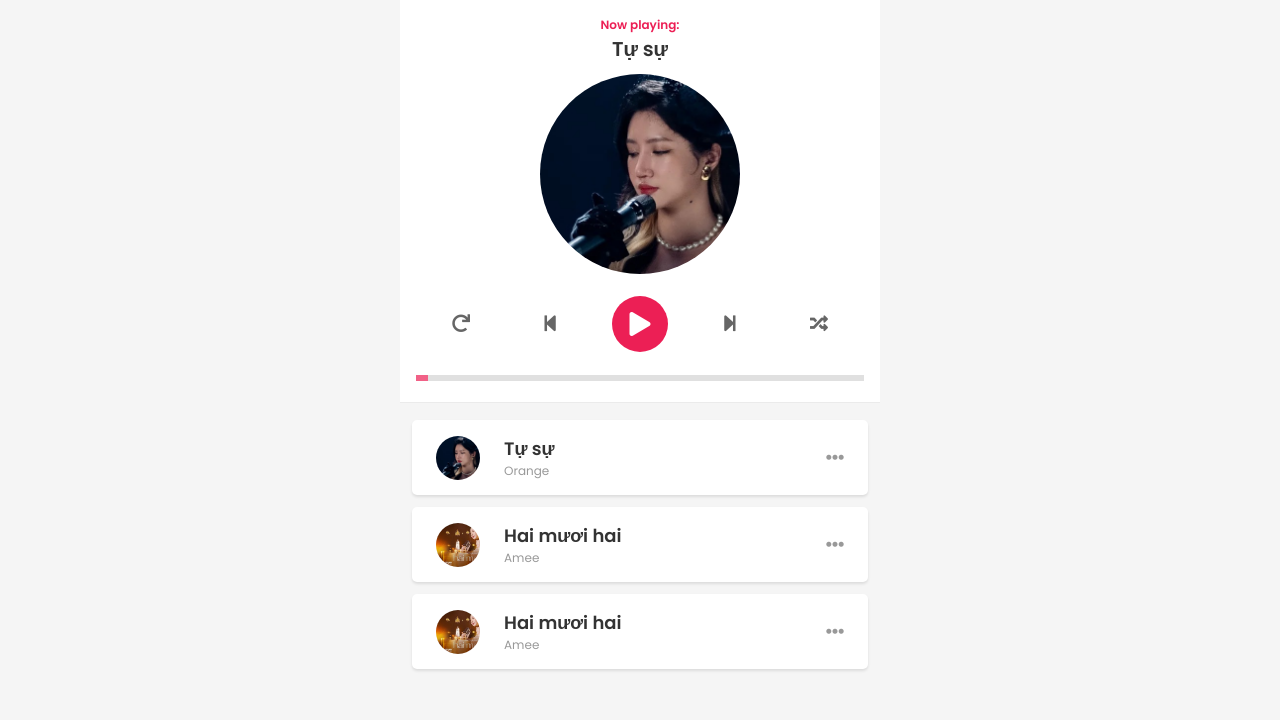
Repository: tannv3201/learn_JS_F8
Page: Example/Music player/index.html
An editor plug-in stored every save of this project. The page is shown before and after the next save, followed by the edit.
The browser window is 1280 px wide. The pictures show the whole page.

Above is the page before, as saved 2022-08-17 13:10:24.

### Example/Music player/index.html
<!DOCTYPE html>
<html lang="en">

<head>
    <meta charset="UTF-8">
    <meta http-equiv="X-UA-Compatible" content="IE=edge">
    <meta name="viewport" content="width=device-width, initial-scale=1.0">
    <title>Music player</title>
    <link rel="stylesheet" href="https://cdnjs.cloudflare.com/ajax/libs/font-awesome/5.15.2/css/all.min.css"
        integrity="sha512-HK5fgLBL+xu6dm/Ii3z4xhlSUyZgTT9tuc/hSrtw6uzJOvgRr2a9jyxxT1ely+B+xFAmJKVSTbpM/CuL7qxO8w=="
        crossorigin="anonymous" />
    <link rel="preconnect" href="https://fonts.gstatic.com">
    <link href="https://fonts.googleapis.com/css2?family=Poppins:wght@300;400;600&display=swap" rel="stylesheet">
    <link rel="stylesheet" href="./style.css">
</head>

<body>

    <div class="player">
        <!-- Dashboard -->
        <div class="dashboard">
            <!-- Header -->
            <header>
                <h4>Now playing:</h4>
                <h2>Tự sự</h2>
            </header>

            <!-- CD -->
            <div class="cd">
                <div class="cd-thumb" style="background-image: url('./assets/imgs/tusu.jpg')">
                </div>
            </div>

            <!-- Control -->
            <div class="control">
                <div class="btn btn-repeat">
                    <i class="fas fa-redo"></i>
                </div>
                <div class="btn btn-prev">
                    <i class="fas fa-step-backward"></i>
                </div>
                <div class="btn btn-toggle-play">
                    <i class="fas fa-pause icon-pause"></i>
                    <i class="fas fa-play icon-play"></i>
                </div>
                <div class="btn btn-next">
                    <i class="fas fa-step-forward"></i>
                </div>
                <div class="btn btn-random">
                    <i class="fas fa-random"></i>
                </div>
            </div>

            <input id="progress" class="progress" type="range" value="0" step="1" min="0" max="100">

            <audio id="audio" src=""></audio>
        </div>

        <!-- Playlist -->
        <div class="playlist">
            <!-- <div class="song">
                <div class="thumb" style="background-image: url('./assets/imgs/tusu.jpg')">
                </div>
                <div class="body">
                    <h3 class="title">Tự sự</h3>
                    <p class="author">Orange</p>
                </div>
                <div class="option">
                    <i class="fas fa-ellipsis-h"></i>
                </div>
            </div>
            <div class="song">
                <div class="thumb" style="background-image: url('./assets/imgs/haimuoihai.jpg')">
                </div>
                <div class="body">
                    <h3 class="title">Hai mươi hai</h3>
                    <p class="author">Amee</p>
                </div>
                <div class="option">
                    <i class="fas fa-ellipsis-h"></i>
                </div>
            </div>
            <!-- <div class="song">
                <div class="thumb"
                    style="background-image: url('https://i.ytimg.com/vi/jTLhQf5KJSc/maxresdefault.jpg')">
                </div>
                <div class="body">
                    <h3 class="title">Music name</h3>
                    <p class="author">Singer</p>
                </div>
                <div class="option">
                    <i class="fas fa-ellipsis-h"></i>
                </div>
            </div> --> -->
        </div>
    </div>

    <!-- Design from: https://static.collectui.com/shots/3671744/musicloud-revolutionary-app-for-music-streaming-large -->
    <script src="./main.js"></script>
</body>

</html>

### Example/Music player/style.css
:root {
    --primary-color: #ec1f55;
    --text-color: #333;
}

* {
    padding: 0;
    margin: 0;
    box-sizing: inherit;
}

body {
    background-color: #f5f5f5;
}

html {
    box-sizing: border-box;
    font-family: "Poppins", sans-serif;
}

.player {
    position: relative;
    max-width: 480px;
    margin: 0 auto;
}

.player .icon-pause {
    display: none;
}

.player.playing .icon-pause {
    display: inline-block;
}

.player.playing .icon-play {
    display: none;
}

.dashboard {
    padding: 16px 16px 14px;
    background-color: #fff;
    position: fixed;
    top: 0;
    width: 100%;
    max-width: 480px;
    border-bottom: 1px solid #ebebeb;
}

/* HEADER */
header {
    text-align: center;
    margin-bottom: 10px;
}

header h4 {
    color: var(--primary-color);
    font-size: 12px;
}

header h2 {
    color: var(--text-color);
    font-size: 20px;
}

/* CD */
.cd {
    display: flex;
    margin: auto;
    width: 200px;
}

.cd-thumb {
    width: 100%;
    padding-top: 100%;
    border-radius: 50%;
    background-color: #333;
    background-size: cover;
    margin: auto;
}

/* CONTROL */
.control {
    display: flex;
    align-items: center;
    justify-content: space-around;
    padding: 18px 0 8px 0;
}

.control .btn {
    color: #666;
    padding: 18px;
    font-size: 18px;
}

.control .btn.active {
    color: var(--primary-color);
}

.control .btn-toggle-play {
    width: 56px;
    height: 56px;
    border-radius: 50%;
    font-size: 24px;
    color: #fff;
    display: flex;
    align-items: center;
    justify-content: center;
    background-color: var(--primary-color);
}

.progress {
    width: 100%;
    -webkit-appearance: none;
    height: 6px;
    background: #d3d3d3;
    outline: none;
    opacity: 0.7;
    -webkit-transition: 0.2s;
    transition: opacity 0.2s;
}

.progress::-webkit-slider-thumb {
    -webkit-appearance: none;
    appearance: none;
    width: 12px;
    height: 6px;
    background-color: var(--primary-color);
    cursor: pointer;
}

/* PLAYLIST */
.playlist {
    margin-top: 408px;
    padding: 12px;
}

.song {
    display: flex;
    align-items: center;
    margin-bottom: 12px;
    background-color: #fff;
    padding: 8px 16px;
    border-radius: 5px;
    box-shadow: 0 2px 3px rgba(0, 0, 0, 0.1);
}

.song.active {
    background-color: var(--primary-color);
}

.song:active {
    opacity: 0.8;
}

.song.active .option,
.song.active .author,
.song.active .title {
    color: #fff;
}

.song .thumb {
    width: 44px;
    height: 44px;
    border-radius: 50%;
    background-size: cover;
    margin: 0 8px;
}

.song .body {
    flex: 1;
    padding: 0 16px;
}

.song .title {
    font-size: 18px;
    color: var(--text-color);
}

.song .author {
    font-size: 12px;
    color: #999;
}

.song .option {
    padding: 16px 8px;
    color: #999;
    font-size: 18px;
}

### Example/Music player/main.js

/**
    1. Render song
    2. Scroll top
    3. Play / pause/ seek
    4. CD rotate
    5. Next / prev
    6. Random
    7. Next / repeat when ended
    8. Active Song
    9. Scroll active song into view
    10. Play song when click
 */
const $ = document.querySelector.bind(document);
const $$ = document.querySelectorAll.bind(document);

// Lấy ra các element
const heading = $('header h2');
const cdThumb = $('.cd-thumb');
const audio = $('#audio');
const cd = $('.cd');
const playBtn = $('.btn-toggle-play');
const player = $('.player');
const progress = $('#progress');
const nextBtn = $('.btn-next');
const prevBtn = $('.btn-prev');
const randomBtn = $('.btn-random');

const app = {
    currentIndex: 0,
    isPlaying: false,
    isRandom: false,
    songs: [
        {
            name: 'Tự sự',
            singer: 'Orange',
            path: './assets/music/tusu.mp3',
            image: './assets/imgs/tusu.jpg'
        },
        {
            name: 'Hai mươi hai',
            singer: 'Amee',
            path: './assets/music/haimuoihai.mp3',
            image: './assets/imgs/haimuoihai.jpg'
        },
        {
            name: 'Hai mươi hai',
            singer: 'Amee',
            path: './assets/music/haimuoihai.mp3',
            image: './assets/imgs/haimuoihai.jpg'
        },
    ],
    render: function () {
        const htmls = this.songs.map(song => {
            return `
            <div class="song">
                <div class="thumb" style="background-image: url('${song.image}')">
                </div>
                <div class="body">
                    <h3 class="title">${song.name}</h3>
                    <p class="author">${song.singer}</p>
                </div>
                <div class="option">
                    <i class="fas fa-ellipsis-h"></i>
                </div>
            </div>
            `
        })
        $('.playlist').innerHTML = htmls.join('');
    },

    // Định nghĩa thuộc tính
    defineProperties: function () {
        Object.defineProperty(this, 'currentSong', {
            get: function () {
                return this.songs[this.currentIndex];
            }
        })
    },

    // Xử lý sự kiện
    handleEvents: function () {
        const _this = this; // Định nghĩa từ khóa this ở ngoài
        // Lấy ra Element "cd"
        const cdWidth = cd.offsetWidth; // Lấy width của cd.

        // Xử lý CD quay và dừng
        const cdThumbAnimate = cdThumb.animate([
            {
                transform: 'rotate(360deg)'
            }
        ], {
            duration: 10000, // 10 giây
            iterations: Infinity // Chạy vô hạn
        })
        cdThumbAnimate.pause()

        // Xử lý phóng to / thu nhỏ cd
        document.onscroll = function () {
            const scrollTop = document.documentElement.scrollTop || window.scrollY;
            const newCdWidth = cdWidth - scrollTop;
            cd.style.width = newCdWidth > 0 ? newCdWidth + 'px' : 0; // check nếu kéo nhanh quá giá trị về < 0 thì lấy = 0
            cd.style.opacity = newCdWidth / cdWidth; // mờ dần khi scroll
        }

        // Xử lý khi click play
        playBtn.onclick = function () {
            if (_this.isPlaying) {
                audio.pause();
            }
            else {
                audio.play();
            }
        };
        // Khi bài hát được play
        audio.onplay = function () {
            _this.isPlaying = true;
            player.classList.add('playing') // chuyển btn play thành btn pause
            cdThumbAnimate.play()
        };
        // Khi bài hát bị dừng
        audio.onpause = function () {
            _this.isPlaying = false;
            player.classList.remove('playing') // chuyển btn pause thành btn play
            cdThumbAnimate.pause()
        }

        // Khi tiến độ bài hát thay đổi
        audio.ontimeupdate = function () {
            if (audio.duration) {
                const progressPercent = Math.floor(audio.currentTime / audio.duration * 100);
                progress.value = progressPercent;
            }
        }

        // xử lý khi tua bài hát
        progress.onchange = function (e) {
            const seekTime = audio.duration * e.target.value / 100;
            audio.currentTime = seekTime;
        }

        // Next bài
        nextBtn.onclick = function () {
            _this.nextSong();
            audio.play();
        }

        // Prev  bài
        prevBtn.onclick = function () {
            _this.prevSong();
            audio.play();
        }

        // Random
        randomBtn.onclick = function () {
            _this.isRandom = !_this.isRandom
            randomBtn.classList.toggle('active', _this.isRandom);
        }
    },

    loadCurrentSong: function () {
        // Gán giá trị bài hát hiện tại
        heading.textContent = this.currentSong.name;
        cdThumb.style.backgroundImage = `url('./${this.currentSong.image}')`;
        audio.src = this.currentSong.path;
    },

    // Next
    nextSong: function () {
        this.currentIndex++;
        if (this.currentIndex >= this.songs.length) {
            this.currentIndex = 0;
        }
        this.loadCurrentSong();
    },
    // Previous
    prevSong: function () {
        this.currentIndex--;
        if (this.currentIndex < 0) {
            this.currentIndex = this.songs.length - 1;
        }
        this.loadCurrentSong();
    },

    // Random
    playRandomSong: function () {
        let newIndex
        do {
            newIndex = Math.floor(Math.random() * this.songs.length);
        } while (newIndex === this.currentIndex)
        this.currentIndex = newIndex;
        this.loadCurrentSong();
    },

    // Phương thức start() để bắt đầu
    start: function () {
        // Định nghĩa ra các thuộc tính cho object
        this.defineProperties();

        // Lắng nghe, xử lý các sự kiện (DOM event)
        this.handleEvents();

        // Tải thông tin bài hát đầu tiền vào UI khi chạy ứng dụng
        this.loadCurrentSong();



        // Render playlist
        this.render();
    }
}

app.start();

After the next save:
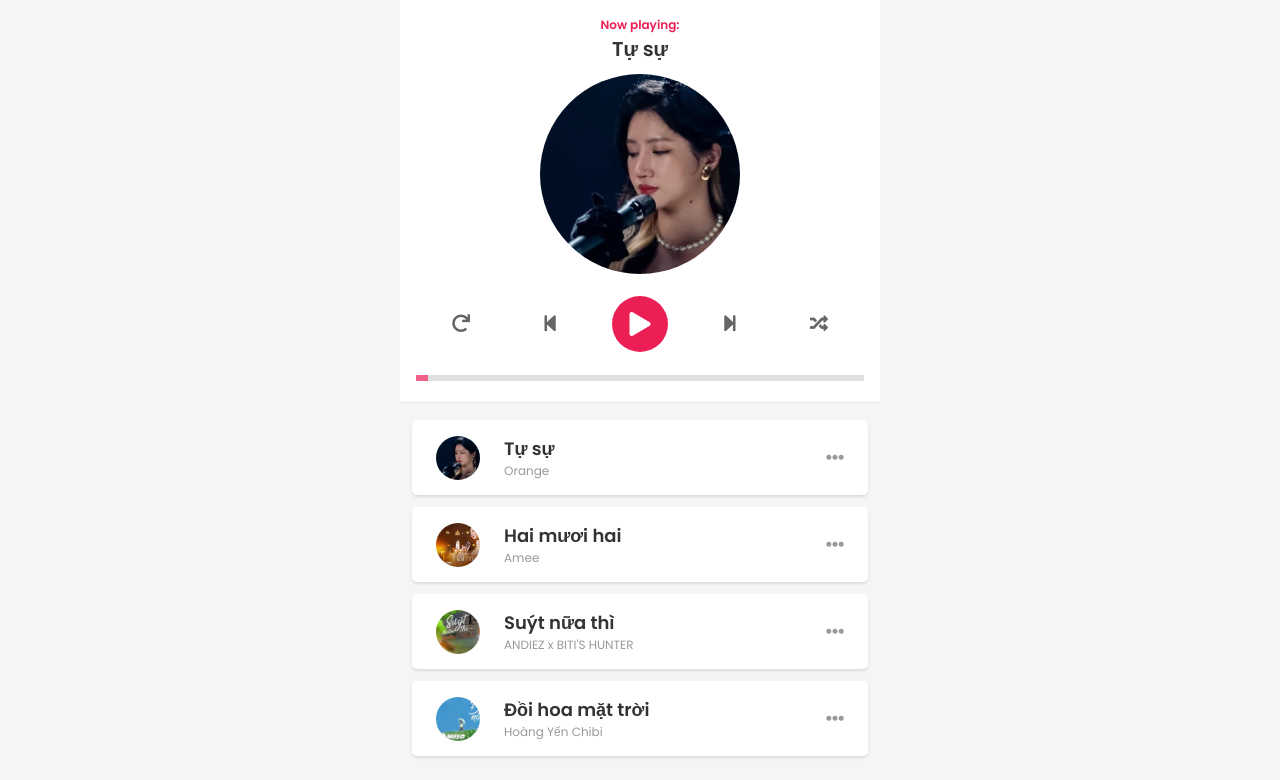
Saved 6 min 33 s later.
--- a/Example/Music player/main.js
+++ b/Example/Music player/main.js
@@ -44,10 +44,16 @@ const app = {
             image: './assets/imgs/haimuoihai.jpg'
         },
         {
-            name: 'Hai mươi hai',
-            singer: 'Amee',
-            path: './assets/music/haimuoihai.mp3',
-            image: './assets/imgs/haimuoihai.jpg'
+            name: 'Suýt nữa thì',
+            singer: 'ANDIEZ x BITI\'S HUNTER',
+            path: './assets/music/suytnuathi.mp3',
+            image: './assets/imgs/suytnuathi.jpg'
+        },
+        {
+            name: 'Đồi hoa mặt trời',
+            singer: 'Hoàng Yến Chibi',
+            path: './assets/music/doihoamattroi.mp3',
+            image: './assets/imgs/doihoamattroi.jpg'
         },
     ],
     render: function () {
